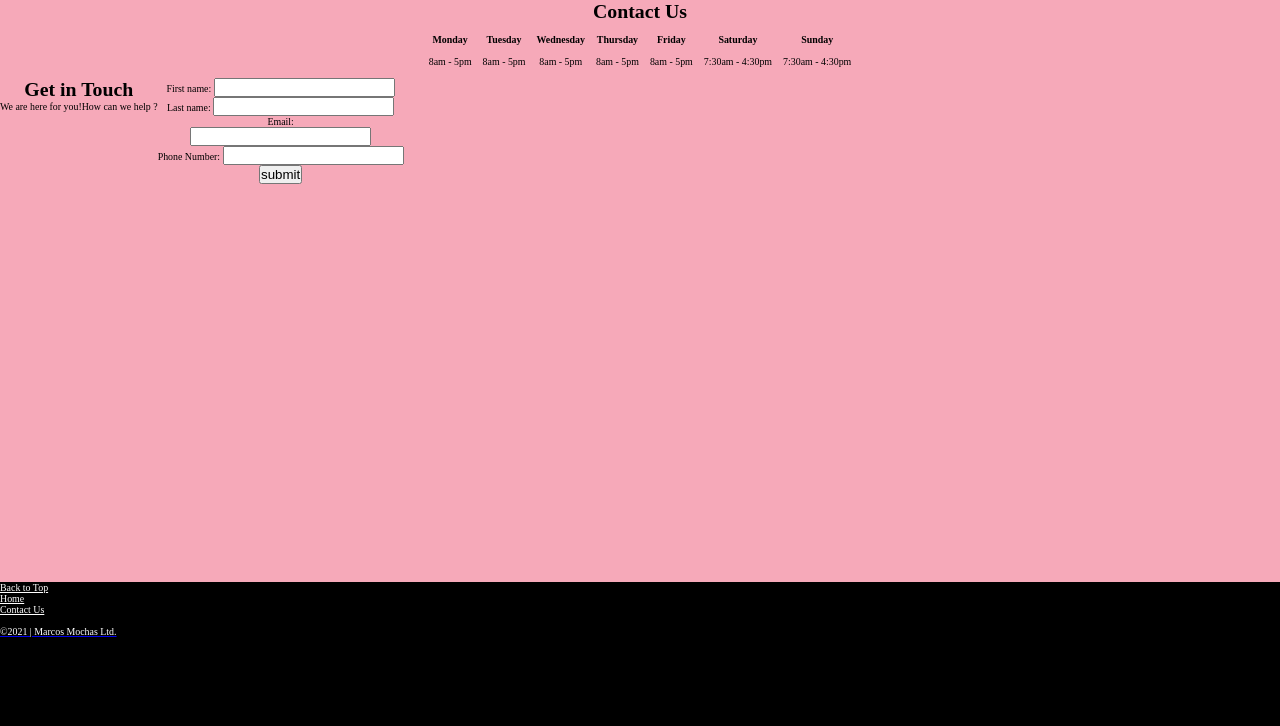
Repository: CAMPSLOPY/marcos-mochas
Page: HTML/contact.html
These files come from the project's save history. The page is drawn as it stood at one moment and after the next save; the edit follows.
The browser window is 1280 px wide. The pictures show the whole page.

Above is the page before, as saved 2021-07-02 18:10:39.

After the next save:
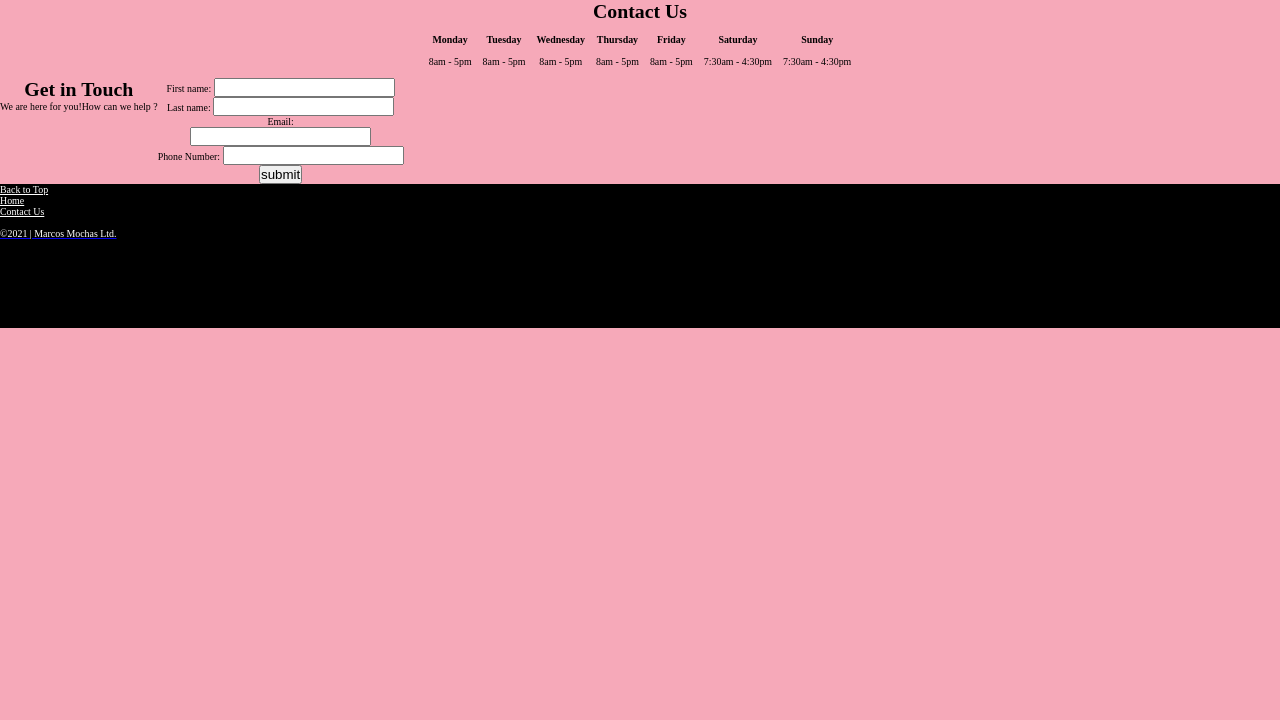
Saved 7 s later.
--- a/CSS/contact.css
+++ b/CSS/contact.css
@@ -37,10 +37,6 @@ header{
 }
 
 /* styling the Form */
-main{
-    min-height: 70vh;
-}
-
 
 .form-content{
    text-align: center;
